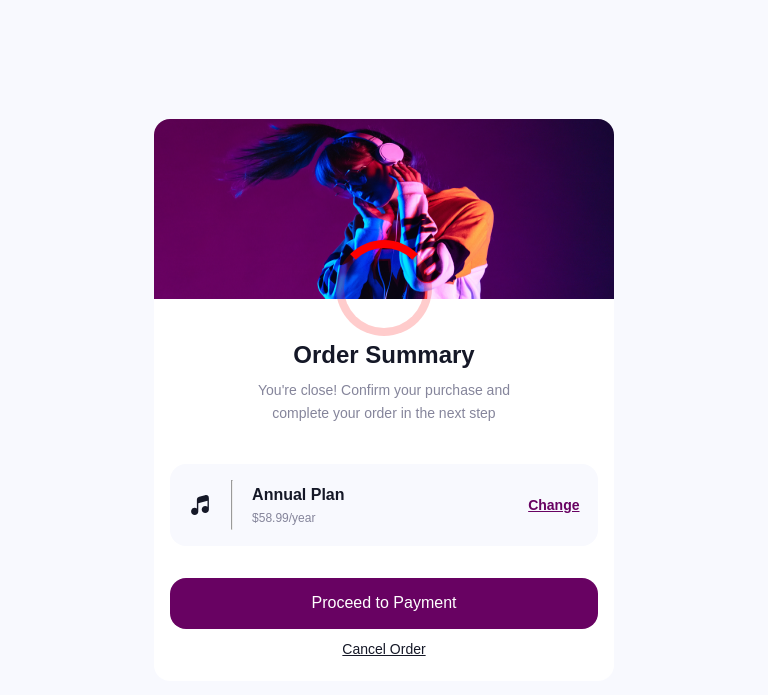
Repository: alphatra/INVO-Academy
Page: / (app in [lvl 1] Uproszczone podsumowanie zamówienia/Starter-code/)
An editor plug-in stored every save of this project. The page is shown before and after the next save, followed by the edit.
The browser window is 768 px wide. The pictures show the whole page.
The project was rebuilt for these pictures with package versions that can differ from the ones it lists, and the page was loaded fresh each time.

Above is the page before, as saved 2023-03-01 00:34:00.
Console error (its wording comes from the project's code and is left out).

After the next save:
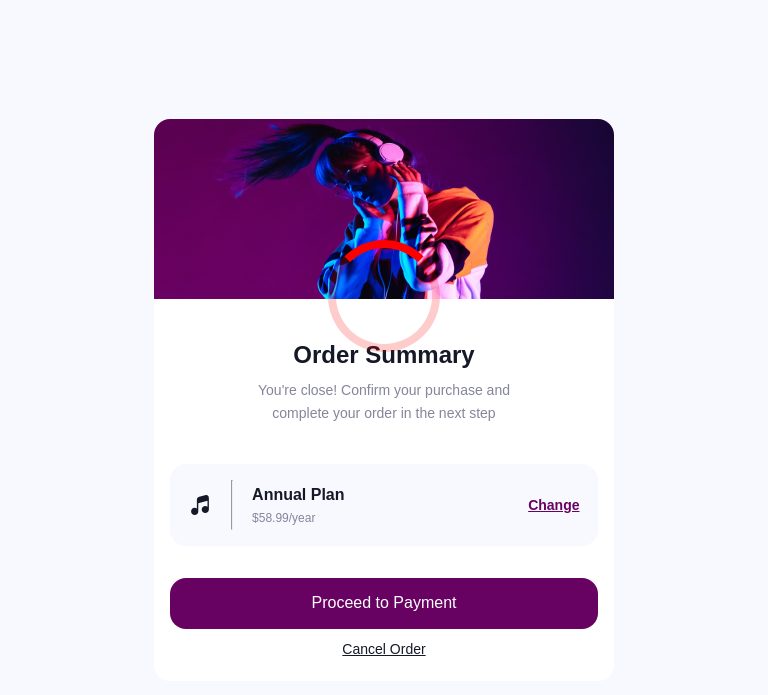
Saved 8 s later.
--- a/[lvl 1] Uproszczone podsumowanie zamówienia/Starter-code/src/pages/home-page/styles/home-page.scss
+++ b/[lvl 1] Uproszczone podsumowanie zamówienia/Starter-code/src/pages/home-page/styles/home-page.scss
@@ -220,8 +220,8 @@ body{
 
 @media screen and (max-width: 834px){
     #loading-spinner{
-        width: 10vh;
-        height: 10vh;
+        width: 12vh;
+        height: 12vh;
     }
     .order{
         width: 60%;
